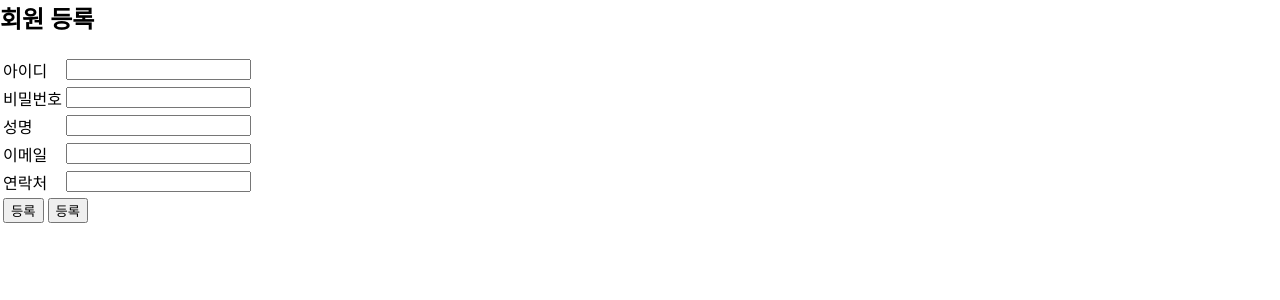
Repository: dlrjsgh367/SW-L5-20V1
Page: http://localhost/SW-L5-20V1/register.jsp
The author's editor kept a copy of each file at every save. The page is drawn from the files as they stood at one save, then again after the next save.
The browser window is 1280 px wide. The pictures show the whole page.
The page is served by Tomcat 9.

Above is the page before, as saved 2025-01-12 09:51:50.

After the next save:
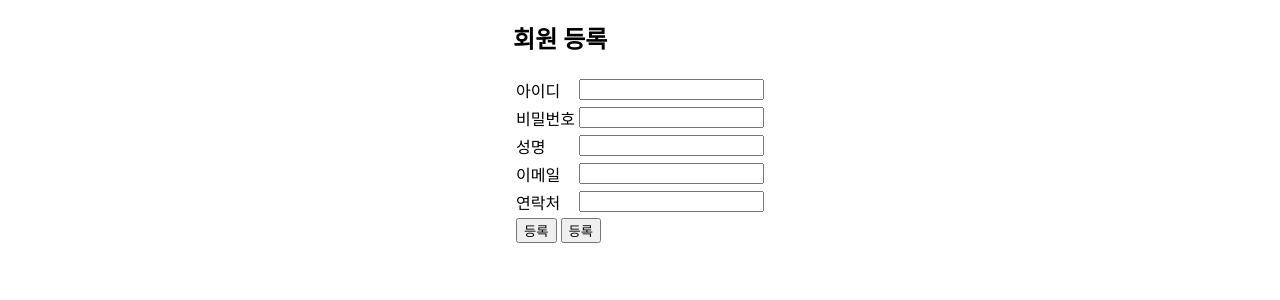
Saved 85 s later.
--- a/SW-L5-20V1/WebContent/style_for_task3.css
+++ b/SW-L5-20V1/WebContent/style_for_task3.css
@@ -3,3 +3,9 @@ html, body {
 	padding: 0;
 	height: 100%
 }
+
+.container {
+	display: flex;
+	justify-content: center;
+	align-items: center;
+}
